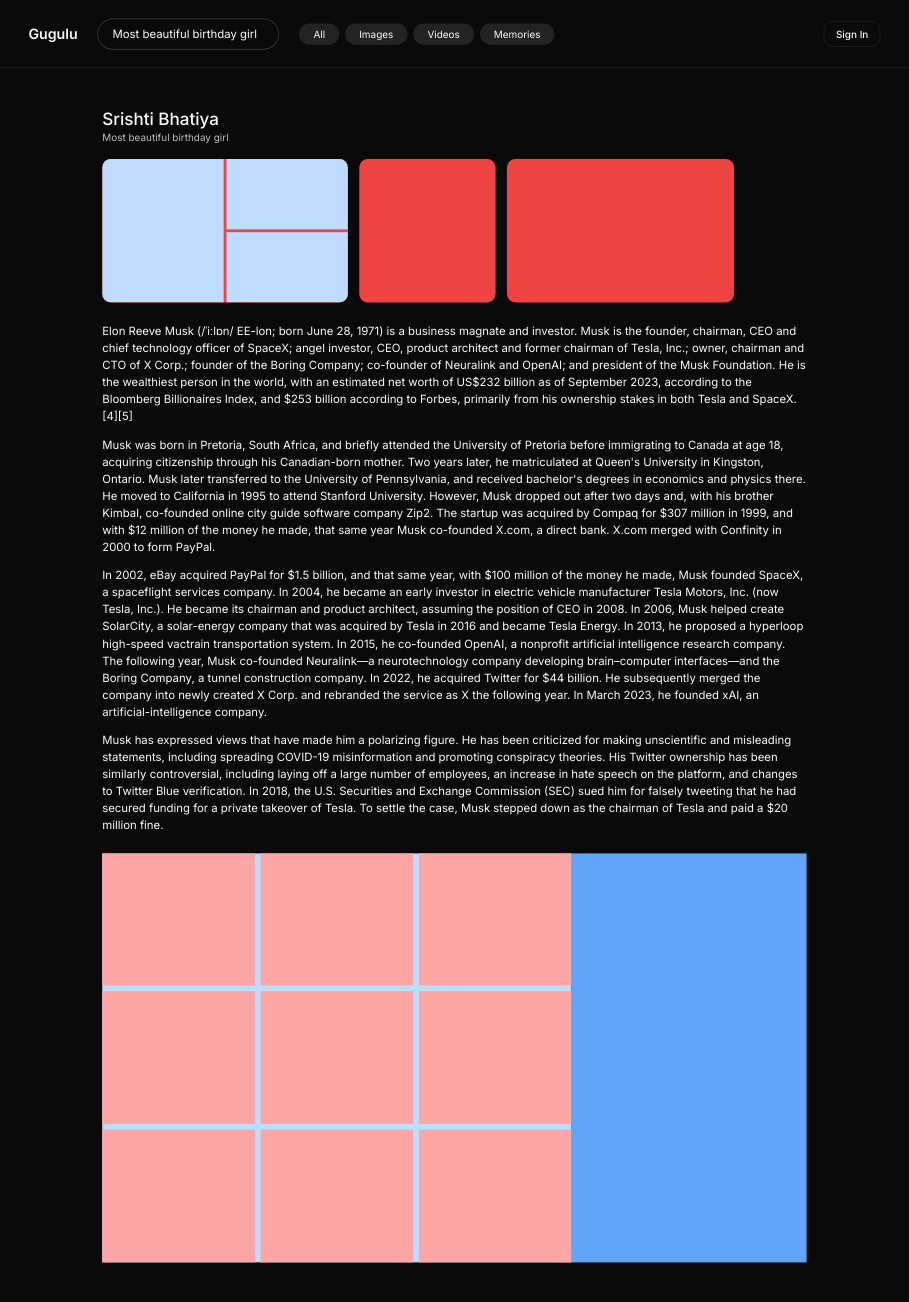
Repository: Harshgoel17/anshfinal
Page: /srishti
The author's editor kept a copy of each file at every save. The page is drawn from the files as they stood at one save, then again after the next save.
The browser window is 1280 px wide. The pictures show the whole page, at 71% of full size.
The project was rebuilt for these pictures with package versions that can differ from the ones it lists, and the page was loaded fresh each time. The framework's server and built-in components were replaced by stand-ins that run in the browser. Also part of the build but not shown: next.config.js.

Above is the page before, as saved 2023-10-04 21:06:12.

After the next save:
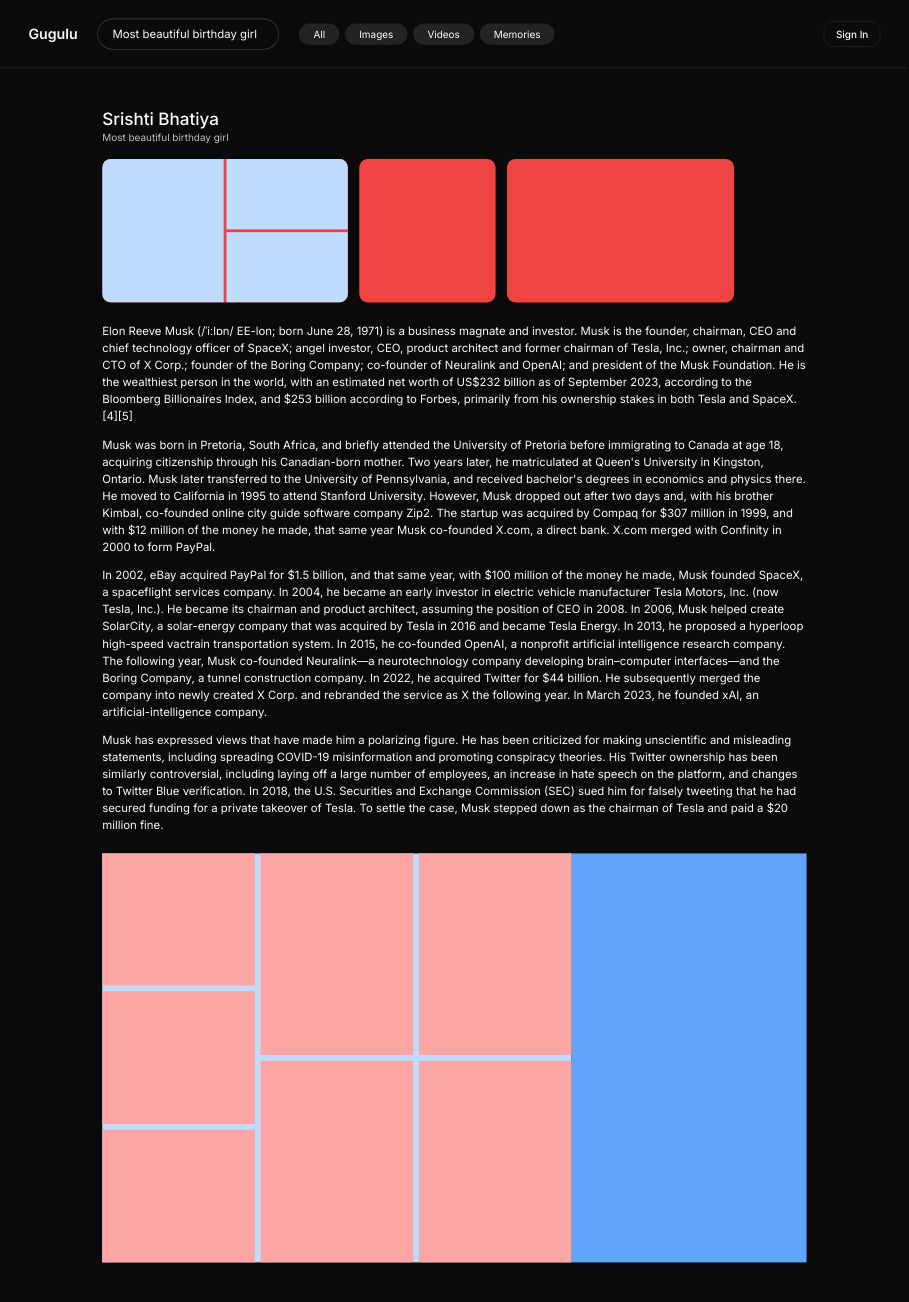
Saved 9 s later.
--- a/components/Gallery.jsx
+++ b/components/Gallery.jsx
@@ -13,12 +13,12 @@ const Gallery = () => {
             <div className='flex flex-col h-full w-full  gap-2'>
                 <span className='bg-red-300 w-full h-full'></span>
                 <span className='bg-red-300 w-full h-full'></span>
-                <span className='bg-red-300 w-full h-full'></span>
+
             </div>
 
             <div className='flex flex-col h-full w-full  gap-2'>
                 <span className='bg-red-300 w-full h-full'></span>
-                <span className='bg-red-300 w-full h-full'></span>
+
                 <span className='bg-red-300 w-full h-full'></span>
             </div>
         </div>
